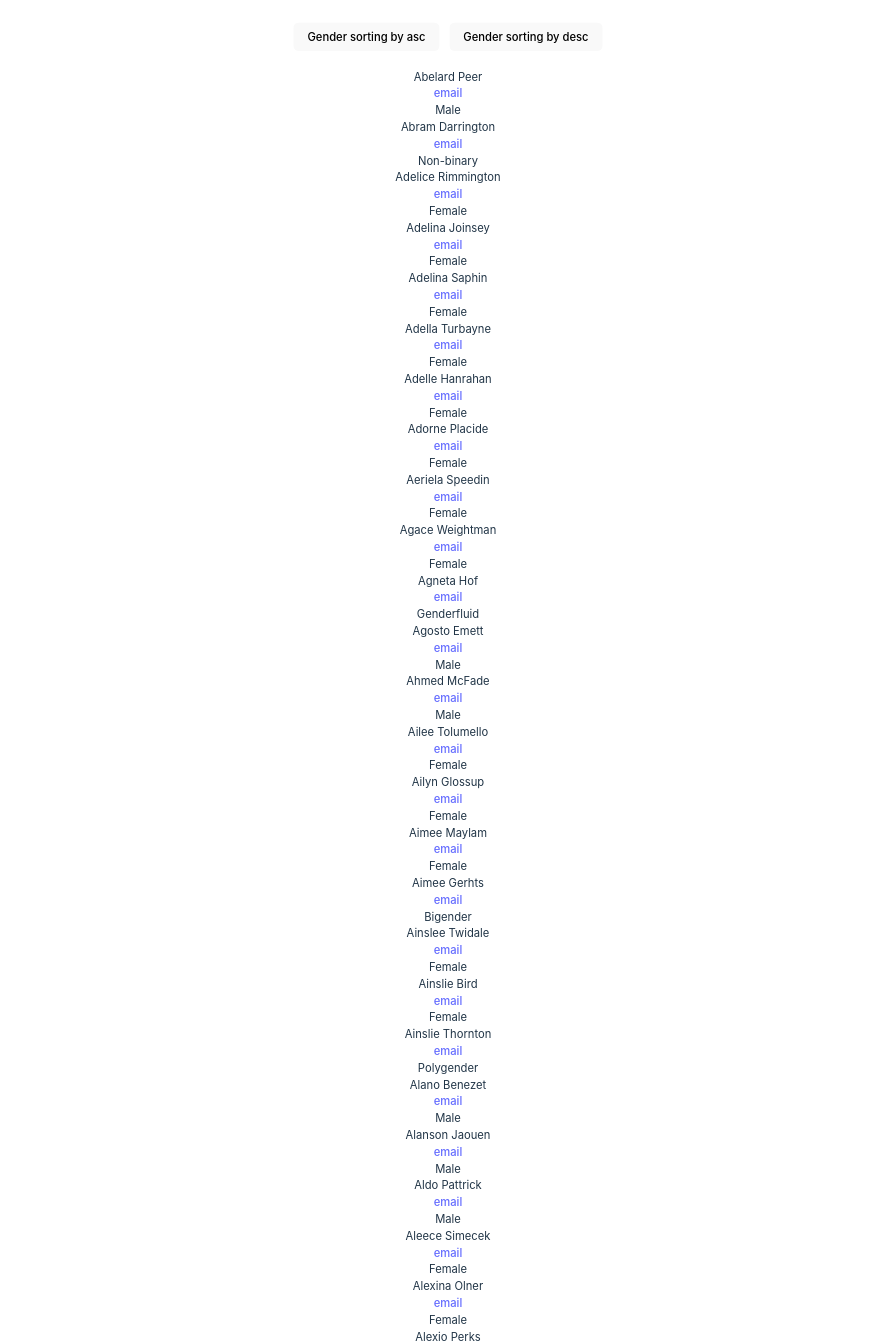
Repository: Kainar9292/sorting
Page: /
These files come from the project's save history. The page is drawn as it stood at one moment and after the next save; the edit follows.
The browser window is 1280 px wide. The pictures show the part of the page from y = 0 to 1920 px (the page is 72129 px tall before and 24129 px after), at 70% of full size.
The project was rebuilt for these pictures with package versions that can differ from the ones it lists, and the page was loaded fresh each time. Also part of the build but not shown: vite.config.js.

Above is the page before, as saved 2022-10-29 15:15:08.

After the next save:
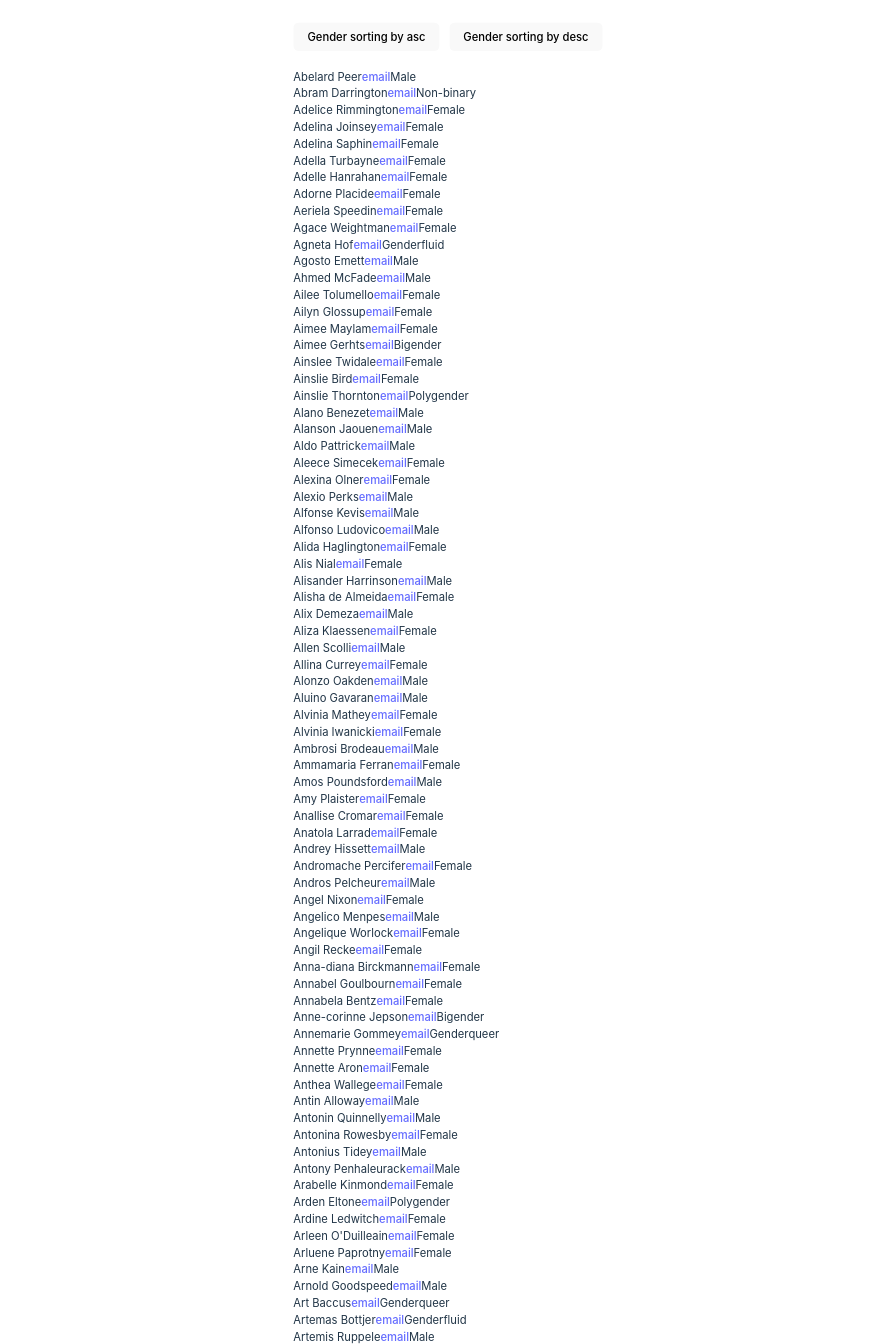
Saved 15 s later.
--- a/src/style.css
+++ b/src/style.css
@@ -93,3 +93,8 @@ button:focus-visible {
   display: flex;
   flex-direction: column;
 }
+
+.users_item {
+  display: flex;
+  width: 100%;
+}
